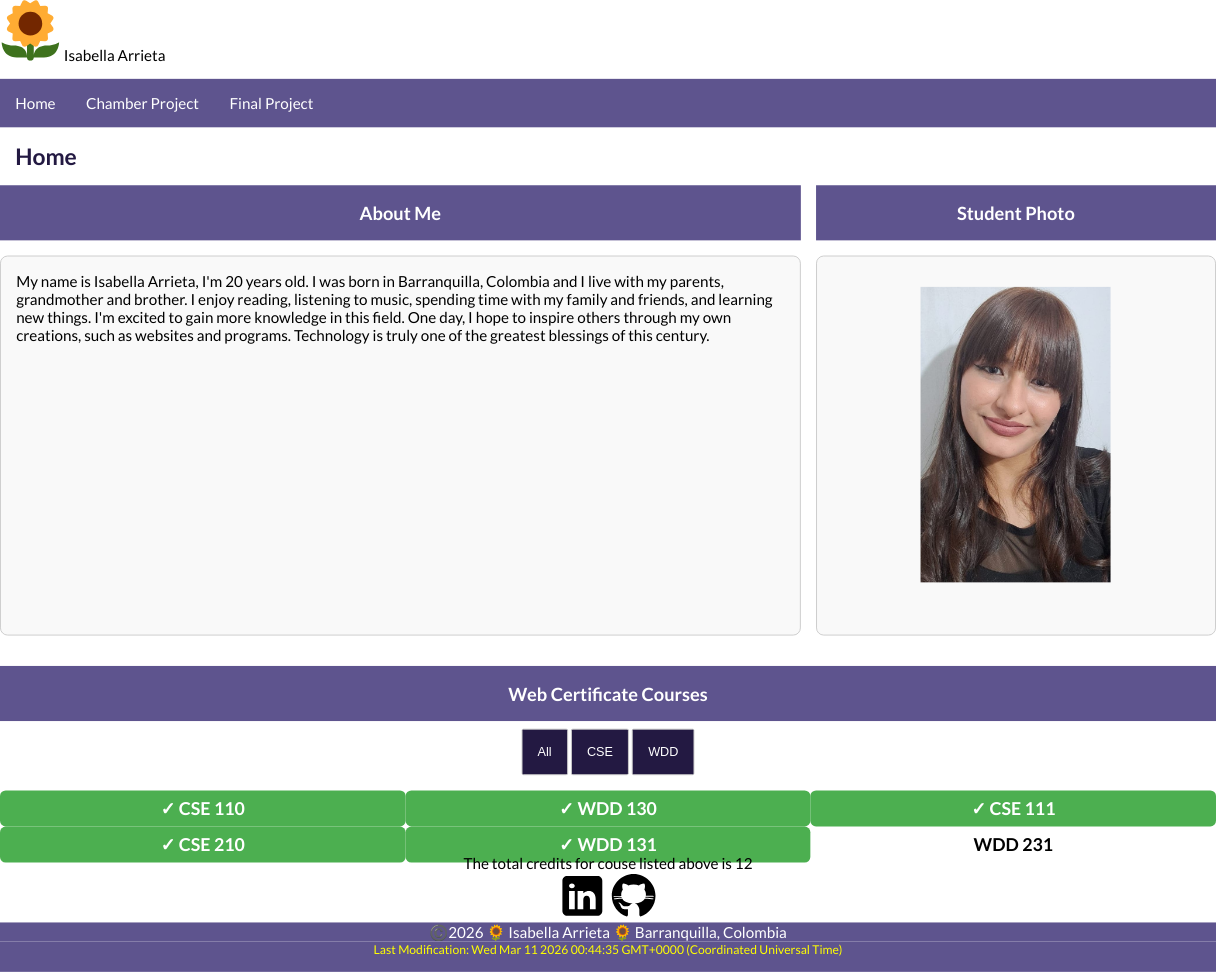
Repository: isaAJ05/wdd231
Page: index.html
The author's editor kept a copy of each file at every save. The page is drawn from the files as they stood at one save, then again after the next save.
The browser window is 1280 px wide. The pictures show the whole page, at 95% of full size.
Some web fonts or font styles are not loaded; a fallback is used.

Above is the page before, as saved 2026-03-11 01:20:39.

### index.html
<!DOCTYPE html>
<html lang="en">
<head>
    <meta charset="UTF-8">
    <meta name="viewport" content="width=device-width, initial-scale=1.0">
    <title>WDD 231 – Web Frontend Development I – Isabella Arrieta</title>
    <meta name="description" content="WDD 231 – Web Frontend Development I Isabella Arrieta, This is a page about me">
    <meta name="author" content="Isabella Arrieta">
    <link rel="stylesheet" href="styles/normalize.css">
    <link rel="preconnect" href="https://fonts.googleapis.com">
    <link rel="preconnect" href="https://fonts.gstatic.com" crossorigin>
    <link href="https://fonts.googleapis.com/css2?family=Lato:ital,wght@0,100;0,300;0,400;0,700;0,900;1,100;1,300;1,400;1,700;1,900&family=Open+Sans:ital,wght@0,300..800;1,300..800&family=Play:wght@400;700&family=Raleway:ital,wght@0,100..900;1,100..900&display=swap" rel="stylesheet">
    <script src="scripts/getdates.js" defer></script>
    <script src="scripts/hamburguer.js" defer></script>
    <script src="scripts/courses.js" defer></script>
</head>
<body>
    <header>
        <div class="title">
            <img src="images/sunflower-svgrepo-com.svg" alt="Isabella Arrieta logo">
            <span>Isabella Arrieta</span>
        </div>
        <button id="menu" aria-label="Open menu"></button>
        <nav>
            <ul class="navigation">
			<li><a href="index.html">Home</a></li>
			<li><a href="#" class="chamber">Chamber Project</a></li>
			<li><a href="#" class="final">Final Project</a></li>
		</ul>
        </nav>
    </header>
    <main>
        <h1>Home</h1>
        <section>
         <div class="rectangle">
            <h2>About Me</h2>
            </div>
        <div class="card">
            <p>My name is Isabella Arrieta, I'm 20 years old. I was born in Barranquilla, Colombia and I live with my parents, grandmother and brother. I enjoy reading, listening to music, spending time with my family and friends, and learning new things. I'm excited to gain more knowledge in this field. One day, I hope to inspire others through my own creations, such as websites and programs. Technology is truly one of the greatest blessings of this century.</p>
        </div>
        </section>
        <section>
            <div class="rectangle">
                <h2>Student Photo</h2>
            </div>
            <div class="card">
                <img src="images/isa.jpg" alt="Isabella Arrieta picture">
            </div>
        </section>
        <section>
            <div class="rectangle">
                <h2>Web Certificate Courses</h2>
            </div>
            <div class="course-buttons">
                <button id="all">All</button>
                <button id="cse">CSE</button>
                <button id="wdd">WDD</button>
            </div>
            <div id="courses"></div>
            <p>The total credits for couse listed above is <span id="totalCredits"></span></p>

        </section>
    </main>
    <footer>
        <div class ="icons">
                <a href="https://www.linkedin.com/in/isabella-arrieta/" target="_blank"><img src="images/icons8-linkedin.svg" alt="LinkedIn icon"></a>
                <a href="https://github.com/isaaj05" target="_blank"><img src="images/icons8-github.svg" alt="GitHub icon"></a>
        </div>
        <p>
            ©️<span id="currentyear"></span> 🌻 Isabella Arrieta 🌻 Barranquilla, Colombia
        </p>
        <p class="last-modified">
            <span id="lastModified"></span>
        </p>
    </footer>

</body>
</html>

### styles/normalize.css
:root {
    --primary-color: #231942;
    --secondary-color: #5e548e;
    --font: "Lato", sans-serif;
}
* {
	margin: 0;
	padding: 0;
	box-sizing: border-box;
}
body{
	font-family: var(--font);
}
h1 {
	text-align: left;
	color: var(--primary-color);
	font-size: 1.5rem;
	margin-left: 1rem;
	position: left;
}

h2 {
	font-size: 1.2rem;
	color: #fff;
	text-align: center;
	margin: 1rem;
	}
header {
    position: relative;

}
nav {
	margin: 1rem auto;
}

/* small view navigation */
#menu {
	font-size: 1.5rem;
	border: 0;
	background: none;
	color: #000;
 	position: absolute;
  top: 1rem;
	right: 1rem;
}

#menu::before {
	content: "☰";
}

#menu.open::before {
	content: "✖️";
}

.navigation {
	display: flex;
	flex-direction: column;
	list-style: none;
	background-color: var(--secondary-color);
	color: #fff;
}

.navigation a {
	display: none;
	padding: 1rem;
	text-align: center;
	text-decoration: none;
	color: #fff;
}
.navigation a:hover {
	background-color: #bbb;
	color: #333;
	font-weight: 700;
}

/* when the button is clicked - the open class is toggled (added/removed) */
.open a {
	display: block;
}

.active::before {
	content: "📍";  /* just a wayfinding symbol for the user */
}

.card {
	border: 1px solid #ccc;
	border-radius: 8px;
	padding: 1rem;
	margin: 1rem auto;
	height: 400px;
	background-color: #f9f9f9;
}


.rectangle{
	padding: 0.1rem;
	background-color: var(--secondary-color);

}

.card img{
	width: 200px;
	height: auto;
	display: block;
	margin: 1rem auto;
}
#all, #cse , #wdd {
	background-color: var(--primary-color);
	color: #fff;
	cursor: pointer;
	border: 1px solid #ccc;
	border-radius: 2px;
	padding:  1rem;
	margin-top: 0.5rem;
	margin-bottom: 0.5rem;

}

#all:hover, #cse:hover , #wdd:hover {
	background-color: #ccc9dc;
    cursor: pointer;
	border: 1px solid gray;
	border-radius: 2px;
	color: #333;
	font-weight: 700;
}
#courses{
	display: grid;
	grid-template-columns: repeat(3, 1fr);
	height: 75px;
	padding-top: 0.5rem;
}
.course-card{
	padding: .5rem 1rem;
	border: none;
	border-radius: 6px;
	background-color: ccc9dc
	color: #000;
	font-weight: 600;
}
.completed{
	background-color: #4CAF50;
	color: #fff;
	font-weight: 700;
}
footer {
    color:  #fff;
    text-align: center;
}
footer p {
    background: var(--secondary-color);
}
.last-modified {
    font-size: 0.8rem;
    color: yellow;
	padding-bottom: 1rem;
}

/* large view navigation ************************************/
@media (min-width: 37.5em) {

	 main {
        display: grid;
        grid-template-columns: 2fr 1fr;
        gap: 1rem;

    }

    main h1 {
        grid-column: 1 / -1;
    }

	main section:last-of-type {
    grid-column: 1 / -1;
	text-align: center;
    }

	#menu {
		display: none; /* hide hamburger button */
	}

	.navigation {
		flex-direction: row;
	}

	.navigation a {
		display: block;
		flex: 1 1 100%;
	}

}

### scripts/getdates.js
const year = document.querySelector("#currentyear");
const today = new Date();
year.innerHTML = `<span class="highlight">${today.getFullYear()}</span>`;
const lastMod = document.querySelector("#lastModified");
let oLastModif = new Date(document.lastModified);
lastMod.innerHTML = `Last Modification: <span class="highlight">${oLastModif}</span>`;

### scripts/hamburguer.js
const hamButton = document.querySelector('#menu');
const navigation = document.querySelector('.navigation');
const title = document.querySelector('.title');

hamButton.addEventListener('click', () => {
	navigation.classList.toggle('open');
    hamButton.classList.toggle('open');
    title.classList.toggle('open');
});

### scripts/courses.js
// here we select the elements we need to interact with
const courseContainer = document.querySelector("#courses"); // container for the course cards
const totalCredits = document.querySelector("#totalCredits"); // element to display total credits
// buttons to filter courses
const allBtn = document.querySelector("#all");
const cseBtn = document.querySelector("#cse");
const wddBtn = document.querySelector("#wdd");
// array given by the university with all the courses in the web certificate program
const courses = [
    {
        subject: 'CSE',
        number: 110,
        title: 'Introduction to Programming',
        credits: 2,
        certificate: 'Web and Computer Programming',
        description: 'This course will introduce students to programming. It will introduce the building blocks of programming languages (variables, decisions, calculations, loops, array, and input/output) and use them to solve problems.',
        technology: [
            'Python'
        ],
        completed: true
    },
    {
        subject: 'WDD',
        number: 130,
        title: 'Web Fundamentals',
        credits: 2,
        certificate: 'Web and Computer Programming',
        description: 'This course introduces students to the World Wide Web and to careers in web site design and development. The course is hands on with students actually participating in simple web designs and programming. It is anticipated that students who complete this course will understand the fields of web design and development and will have a good idea if they want to pursue this degree as a major.',
        technology: [
            'HTML',
            'CSS'
        ],
        completed: true
    },
    {
        subject: 'CSE',
        number: 111,
        title: 'Programming with Functions',
        credits: 2,
        certificate: 'Web and Computer Programming',
        description: 'CSE 111 students become more organized, efficient, and powerful computer programmers by learning to research and call functions written by others; to write, call , debug, and test their own functions; and to handle errors within functions. CSE 111 students write programs with functions to solve problems in many disciplines, including business, physical science, human performance, and humanities.',
        technology: [
            'Python'
        ],
        completed: true
    },
    {
        subject: 'CSE',
        number: 210,
        title: 'Programming with Classes',
        credits: 2,
        certificate: 'Web and Computer Programming',
        description: 'This course will introduce the notion of classes and objects. It will present encapsulation at a conceptual level. It will also work with inheritance and polymorphism.',
        technology: [
            'C#'
        ],
        completed: true
    },
    {
        subject: 'WDD',
        number: 131,
        title: 'Dynamic Web Fundamentals',
        credits: 2,
        certificate: 'Web and Computer Programming',
        description: 'This course builds on prior experience in Web Fundamentals and programming. Students will learn to create dynamic websites that use JavaScript to respond to events, update content, and create responsive user experiences.',
        technology: [
            'HTML',
            'CSS',
            'JavaScript'
        ],
        completed: true
    },
    {
        subject: 'WDD',
        number: 231,
        title: 'Frontend Web Development I',
        credits: 2,
        certificate: 'Web and Computer Programming',
        description: 'This course builds on prior experience with Dynamic Web Fundamentals and programming. Students will focus on user experience, accessibility, compliance, performance optimization, and basic API usage.',
        technology: [
            'HTML',
            'CSS',
            'JavaScript'
        ],
        completed: false
    }
]
// function to display the courses on the page
function displayCourses(courseList) {
    courseContainer.innerHTML = ""; // clear the container before adding new courses

    courseList.forEach(course => {
        const card = document.createElement("div"); // create a card for each course
        card.classList.add("course-card");

        if (course.completed) {
            card.classList.add("completed");// add a class to indicate the course is completed
        }

        card.innerHTML = `
            <h3>${course.completed ? '✓' : ''} ${course.subject} ${course.number}</h3>
        `;

        courseContainer.appendChild(card); // add the card to the container
    });

    calculateCredits(courseList);
}
function calculateCredits(courseList) {
    const total = courseList.reduce((sum, course) => sum + course.credits, 0); // calculate the total credits by summing the credits of all courses in the list
    totalCredits.textContent = total;
}

allBtn.addEventListener("click", () => {
    displayCourses(courses);
});

cseBtn.addEventListener("click", () => {
    const cseCourses = courses.filter(course => course.subject === "CSE");
    displayCourses(cseCourses);
});

wddBtn.addEventListener("click", () => {
    const wddCourses = courses.filter(course => course.subject === "WDD");
    displayCourses(wddCourses);
});

displayCourses(courses);

After the next save:
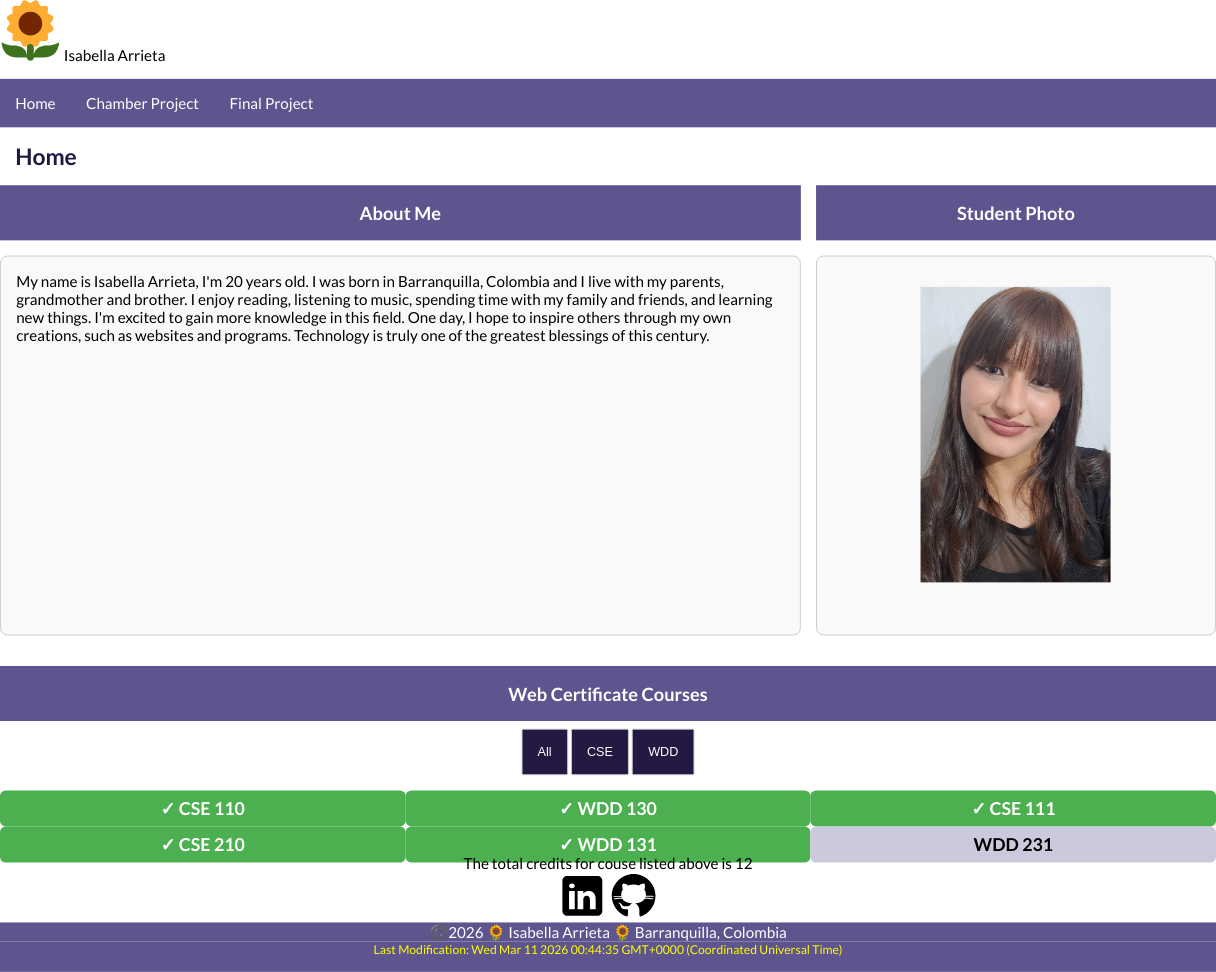
Saved 8 s later.
--- a/styles/normalize.css
+++ b/styles/normalize.css
@@ -134,7 +134,7 @@ nav {
 	padding: .5rem 1rem;
 	border: none;
 	border-radius: 6px;
-	background-color: ccc9dc
+	background-color: #ccc9dc;
 	color: #000;
 	font-weight: 600;
 }
